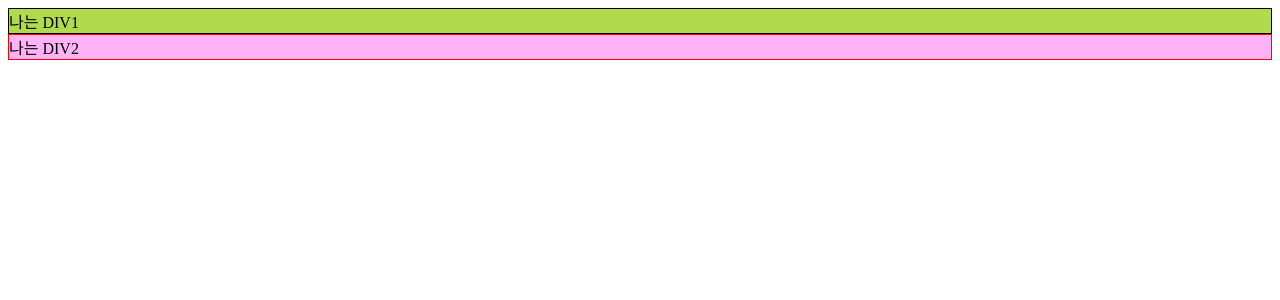
Repository: gold37/JAVA_HOME
Page: myjsp/myjsp/HTML5/WebContent/ch01_cssOrder/cssOrder.html
These files come from the project's save history. The page is drawn as it stood at one moment and after the next save; the edit follows.
The browser window is 1280 px wide. The pictures show the whole page.

Above is the page before, as saved 2020-04-22 03:38:53.

After the next save:
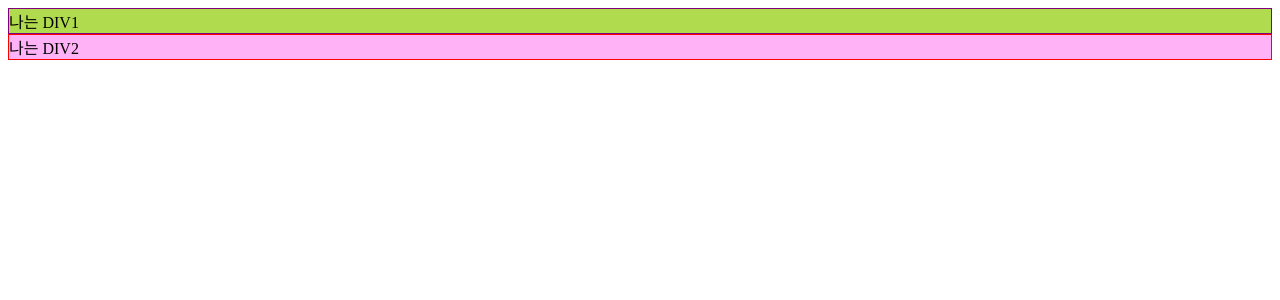
Saved 9 s later.
--- a/myjsp/myjsp/HTML5/WebContent/ch01_cssOrder/cssOrder.html
+++ b/myjsp/myjsp/HTML5/WebContent/ch01_cssOrder/cssOrder.html
@@ -31,7 +31,7 @@
 <body>
 
 
-<div style="border: solid 1px black; background-color: #B1DB4E;">나는 DIV1</div>
+<div style="border: solid 1px purple; background-color: #B1DB4E;">나는 DIV1</div>
 <div style="border: solid 1px red; background-color: #FFB2F5;">나는 DIV2</div>
 
 
